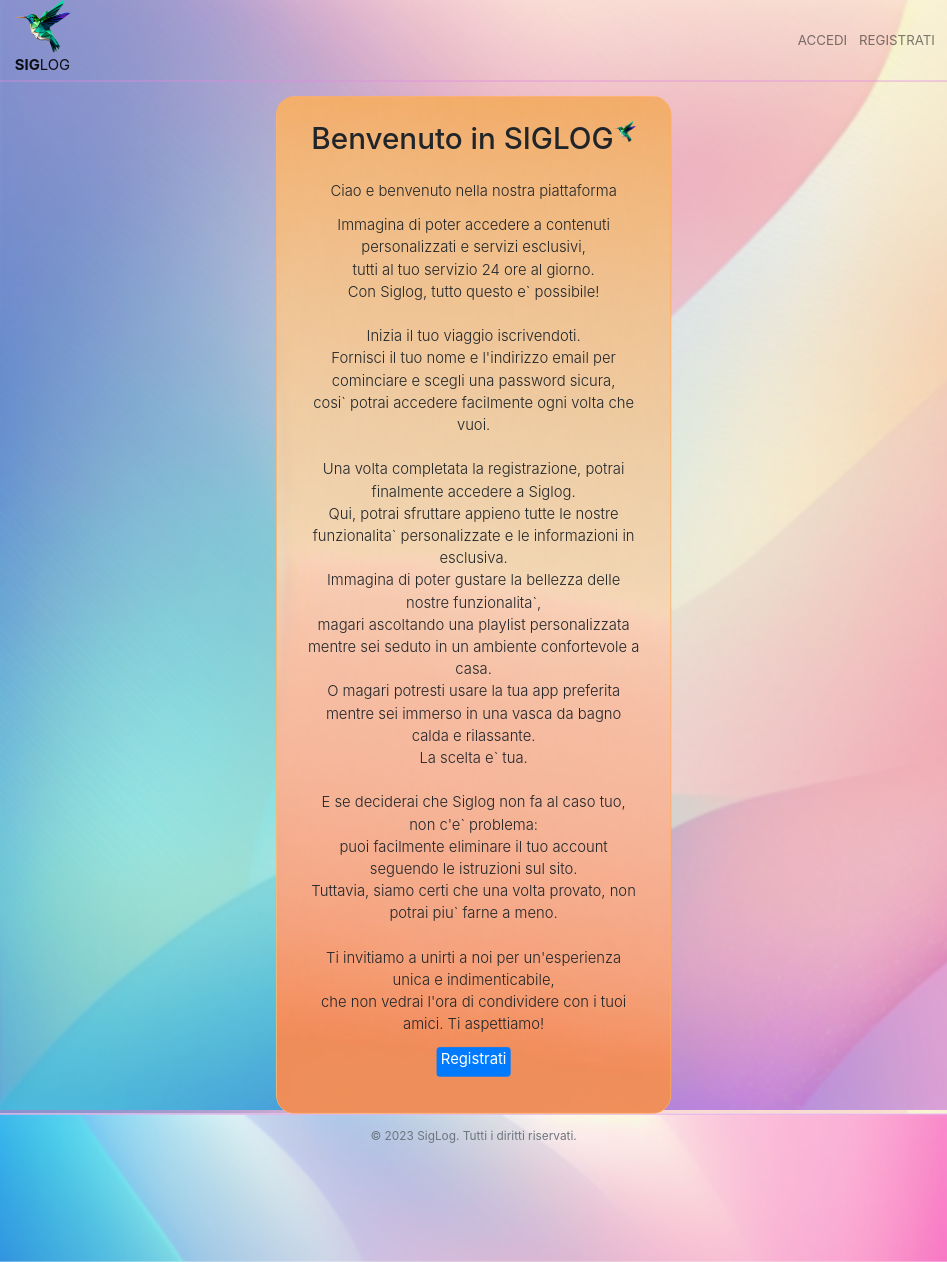
Repository: Nocco-Matteo/web_servlet_tpsi
Page: http://localhost/Servlet/
These files come from the project's save history. The page is drawn as it stood at one moment and after the next save; the edit follows.
The browser window is 1280 px wide. The pictures show the whole page, at 74% of full size.
Some web libraries are served in a nearby version. The page is served by Tomcat 9. Other server files are loaded and not shown.

Above is the page before, as saved 2023-03-04 00:43:40.

### eclipse/Servlet/src/main/webapp/index.jsp
<%@page import="java.net.http.HttpRequest"%>
<%@ page language="java" contentType="text/html; charset=US-ASCII" pageEncoding="US-ASCII"%>
<%@ page import="java.net.*" %>
<%@ page import="java.util.*" %>
<%@ page import="java.util.Base64.*" %>
<!DOCTYPE html>
<html>
<head>
	<title>Titolo Pagina</title>
	<meta charset="UTF-8">
	<meta name="viewport" content="width=device-width, initial-scale=1.0">
	<link rel="stylesheet" href="https://cdn.jsdelivr.net/npm/bootstrap@4.0.0/dist/css/bootstrap.min.css" integrity="sha384-Gn5384xqQ1aoWXA+058RXPxPg6fy4IWvTNh0E263XmFcJlSAwiGgFAW/dAiS6JXm" crossorigin="anonymous">
	<link rel="stylesheet" type="text/css" href="${pageContext.request.contextPath}/style">
</head>
<body>
<%!
	public static String stringToBase64(String str) //da stringa a base64
	{
	    byte[] bytes = str.getBytes();
	    byte[] encoded = Base64.getEncoder().encode(bytes);
	    return new String(encoded);
	}
	public static String base64ToString(String base64) //da base64 a stringa
	{
	    byte[] decoded = Base64.getDecoder().decode(base64);
	    return new String(decoded);
	}

	public static Boolean is_logged_in(String nome)
	{
		if(nome == null) return false;
		else return true;
	}
	public static String pulisci_attributo()
	{
		return null;
	}
%>

<%
	Boolean accesso = false; //controllo se l'utente ha fatto l'accesso
	String nome_sess = "", //dati utente
			cognome_sess ="",
			email_sess = "",
			password_sess="";
	String pagina = ""; //pagine dinamiche
	String tipo_errore="";//tipo di errore (piu` specifico di classe_errore)
	String classe_errore=""; //classe dell'errore (piu` generale di tipo_errore)

	if(session.getAttribute("nome")!= null) //controllo se l'utente ha fatto l'accesso
	{
		nome_sess = session.getAttribute("nome").toString(); //prendi attributo nome della sessione
		nome_sess = nome_sess.substring(0, 1).toUpperCase() + nome_sess.substring(1); //primo carattere maiuscolo

		cognome_sess = session.getAttribute("cognome").toString(); //prendi attributo cognome della sessione
		cognome_sess = cognome_sess.substring(0, 1).toUpperCase() + cognome_sess.substring(1); //primo carattere maiuscolo

		email_sess = session.getAttribute("email").toString(); //prendi attributo email della sessione
		email_sess = email_sess.toLowerCase(); //tutto minuscolo

		password_sess = session.getAttribute("password").toString(); //prendi attributo password della sessione

		accesso = is_logged_in(nome_sess); //controlla se ha fatto l'accesso
	}



	if(request.getParameter("page")!= null) //cambia pagina in base al parametro get
		pagina = request.getParameter("page"); //impostazione della pagina richiesta


	if(request.getParameter("error")!= null) //se viene rilevato un errore in una richiesta
	{
		String [] errore = base64ToString(request.getParameter("error")).split(","); //divisione del parametro errore
		//errore[0]=classe_errore; errore[1]=tipo_specifico_errore; errore[2]=pagina_di_arrivo
		classe_errore = errore[0];
		//out.print(classe_errore);
		switch(classe_errore)
		{
			case "sql": //errore sql
				pagina = stringToBase64(errore[2]); //ritorno alla pagina di errore
				tipo_errore = errore[1]; //tipo dell'errore dettagliato
				//out.print("errore: "+tipo_errore);
			break;
			case "regex": //errore regex
				pagina = stringToBase64(errore[2]); //ritorno alla pagina di errore
				tipo_errore = errore[1]; //tipo dell'errore dettagliato
				//out.print("errore: "+tipo_errore);
			break;
			case "empty": //accesso fallito
				pagina = stringToBase64(errore[2]); //ritorno alla pagina di errore
				tipo_errore = errore[1]; //tipo dell'errore dettagliato
				//out.print("errore: "+tipo_errore);
			break;
			default:
		}
	}
	//out.print(accesso+"\n");



	//out.print(tipo_errore+"\n");
	//out.print(pagina+"\n");
	pagina = base64ToString(pagina); //conversione parametro get con la pagina
	//out.print(pagina);
%>
<!-- Testa Navbar -->
<div style="background-image:url('${pageContext.request.contextPath}/background');">
	<nav class="navbar navbar-expand-lg navbar-light ">

		<a class="navbar-brand mt-2 logo" href="${pageContext.request.contextPath}">
			<img class="" width="75px" height="75px" src="${pageContext.request.contextPath}/logo" alt="Logo">
			<p><b>SIG</b>LOG</p>
		</a>

		<button class="navbar-toggler" type="button" data-toggle="collapse" data-target="#navbarNav" aria-controls="navbarNav" aria-expanded="false" aria-label="Toggle navigation">
			<span class="navbar-toggler-icon"></span>
		</button>

		<div class="collapse navbar-collapse justify-content-end" id="navbarNav">
			<%if(accesso){ %>
			<ul class="navbar-nav">
				<li class="nav-item">
					<%=email_sess%>
				</li>
			</ul>
			<ul class="navbar-nav">
				<li class="nav-item">
					<a class="nav-link" href="http://localhost:8080/Servlet_prova/index.jsp?page=<%=stringToBase64("profilo")%>">PROFILO</a>
				</li>
			</ul>
			<%} else{ %>
			<ul class="navbar-nav r-0">
				<li class="nav-item">
					<a class="nav-link" href="http://localhost:8080/Servlet_prova/index.jsp?page=<%=stringToBase64("accedi")%>">ACCEDI </a>
				</li>
				<li class="nav-item">
					<a class="nav-link" href="http://localhost:8080/Servlet_prova/index.jsp?page=<%=stringToBase64("registra")%>">REGISTRATI</a>
				</li>
			</ul>
			<%} %>
		</div>
	</nav>
	<!-- Corpo Pagina -->
	<div class="container-fluid corpo" >
		<div class="row">
			<div class="col"></div>
			<div class="centrale col-md-5 pt-2" style="background-image:url('${pageContext.request.contextPath}/centrale">
				<%if(pagina.equals("registra") && (!accesso || (tipo_errore !=""))){%>
					<!-- BLOCCO REGISTRAZIONE -->
					<form method="POST" action="http://localhost:8080/Servlet_prova/registra" >
						<p><b>REGISTRAZIONE</b></p>
						<hr>
						<%switch(classe_errore){
							case "sql":%>
						<div class="alert alert-danger alert-dismissible fade show d-flex justify-content-center" role="alert">
						    EMAIL' GIA REGISTRATA!
	      				</div>
						<%break;
							case "regex":%>
								<div class="alert alert-danger alert-dismissible fade show d-flex justify-content-center" role="alert">
							    ERRORE NELL'INSERIMENTO DEL PARAMETRO: <%=tipo_errore.toUpperCase()%>
		      				</div>
						<%break;} %>
						<div class="form-group">
							<label for="nome">Nome:</label>
							<input type="text" class="form-control" id="nome" name="nome" required>
						</div>
						<div class="form-group">
							<label for="cognome">Cognome:</label>
							<input type="text" class="form-control" id="cognome" name="cognome" required>
						</div>
						<div class="form-group">
							<label for="email">Email:</label>
							<input type="email" class="form-control" id="email" name="email" required>
						</div>
						<div class="form-group">
							<label for="password">Password:</label>
							<input type="password" class="form-control" id="password" name="password" placeholder="almeno 4 caratteri, una lettera maiuscola ed una minuscola" required>
						</div>
						<div class="bottoni">
							<button type="submit" class="btn btn-primary button_a">Registrati</button>
						</div>
						<hr>
					</form>
					<div class="bottoni">
						<div class="d-flex flex-column align-items-center">
							<p>Hai gia' un account?</p>
							<button type="button" class="btn btn-primary button_a" ><a href="http://localhost:8080/Servlet_prova/index.jsp?page=<%=stringToBase64("accedi")%>">Accedi</a></button>
						</div>
					</div>

				<%} else if(pagina.equals("accedi") && !accesso){ %>
					<!-- BLOCCO ACCEDI -->
					<form method="POST" action="http://localhost:8080/Servlet_prova/accedi">
						<p><b>Accesso</b></p>
						<hr>
						<%switch(classe_errore){
							case "empty":%>
						<div class="alert alert-danger alert-dismissible fade show d-flex justify-content-center" role="alert">
						    ACCOUNT NON TROVATO
	      				</div>
						<%break;} %>
						<div class="form-group">
							<label for="email">Email:</label>
							<input type="email" class="form-control" id="email" name="email" required>
						</div>
						<div class="form-group">
							<label for="password">Password:</label>
							<input type="password" class="form-control" id="password" name="password" required>
						</div>
						<div class="bottoni">
							<button type="submit" class="btn btn-primary">Accedi</button>
						</div>
						<hr>
						</form>
						<div class="bottoni">
							<div class="d-flex flex-column align-items-center">
								<p>Non hai ancora un account?</p>
								<button type="button" class="btn btn-primary button_a" ><a href="http://localhost:8080/Servlet_prova/index.jsp?page=<%=stringToBase64("registra")%>">Registrati</a></button>
							</div>
						</div>
					</form>
				<% }else if(pagina.equals("profilo") && accesso){%>
			        <form method="POST" action="http://localhost:8080/Servlet_prova/modifica">
			        	<p><b>Modifica Profilo Utente</b></p>
			        	<hr>
			            <div class="form-group">
			                <label for="nome">Nome:</label>
			                <input type="text" class="form-control" id="nome" name="nome" value="<%=nome_sess%>" required>
			            </div>
			            <div class="form-group">
			                <label for="cognome">Cognome:</label>
			                <input type="text" class="form-control" id="cognome" name="cognome" value="<%=cognome_sess%>" required>
			            </div>
			            <div class="form-group">
			                <label for="password">Password:</label>
			                <input type="password" class="form-control" id="password" name="password" value="<%=password_sess%>" required>
			            </div>
			            <div class="form-group" hidden>
							<label for="email">Email:</label>
							<input type="email" class="form-control" id="email" name="email" value="<%=email_sess%>" required>
						</div>
			            <div class="bottoni">
							<button type="submit" class="btn btn-primary">Salva modifiche</button>
						</div>
			        </form>
			        <div class="bottoni btn-group dropup">
						<div class="spazio"></div>
						<div class="dropdown-menu dropdown-menu-right" aria-labelledby="conferma_elimina">
							<p class="conferma">SEI SICURO?</p>
							<a class="dropdown-item" href="${pageContext.request.contextPath}/elimina">Elimina account</a>
						</div>
						<button type="button" class="btn btn-danger button_a" data-toggle="dropdown" aria-controls="conferma_elimina" aria-expanded="false" aria-label="Toggle navigation">
							<a href="#">Elimina</a>
						</button>
					</div>
				<% }else if(pagina.equals("entrato") || accesso){%>
					<!-- BLOCCO DI BENTORNATO/BENVENUTO -->
				    <div class="col mx-auto text-center">
				      <h1>Ciao <%=nome_sess%>!</h1>
				      <p class="lead">Grazie per aver effettuato l'accesso a SIGLOG.</p>
				      <p class="lead">
				      	Siamo entusiasti di averti tra i nostri utenti <br>
				      	e siamo qui per aiutarti a sfruttare al massimo Siglog.<br>
				      	Ti auguriamo una buona permanenza e speriamo di rendere la tua esperienza con noi unica ed emozionante.<br>
				      	<br>
						Con il tuo nuovo account, potrai accedere a contenuti personalizzati e servizi esclusivi.<br>
						Ti invitiamo ad esplorare Siglog<br>
						e a trovare tutte le funzionalita` che si adattano meglio alle tue esigenze.<br>
						Inizia subito ad usare il tuo account per accedere ai nostri servizi personalizzati.<br>
						<br>
						Se hai bisogno di aiuto o hai domande sul nostro sito o sui servizi che offriamo,<br>
						non esitare a contattarci.<br>
						Il nostro team di supporto e` a tua disposizione per rispondere a tutte le tue domande<br>
						e aiutarti in ogni modo possibile.<br>
						<br>
						Grazie ancora per aver scelto di unirti a noi.<br>
						Siamo impazienti di vedere cosa puoi fare con il tuo account<br>
						e di averti tra i nostri utenti piu' attivi ed entusiasti.<br>
						Buon divertimento!</p>
				      <button type="button" class="btn btn-primary button_a" ><a href="http://localhost:8080/Servlet_prova/index.jsp?page=<%=stringToBase64("esci")%>">Esci</a></button>
				    </div>

				<%} else{%>
					<div class="col mb-4 mx-auto text-center">
						<div class="mt-4 d-flex flex-row justify-content-center">
							<h1>Benvenuto in SIGLOG</h1>
					      	<img width="30px" height="30px" src="${pageContext.request.contextPath}/logo" alt="Logo">
					    </div>
					    <br>
				      <p class="lead">Ciao e benvenuto nella nostra piattaforma</p>
				      <p class="lead">
				      	Immagina di poter accedere a contenuti personalizzati e servizi esclusivi,<br>
				      	tutti al tuo servizio 24 ore al giorno. <br>
				      	Con Siglog, tutto questo e` possibile!<br>
				      	<br>
				      	Inizia il tuo viaggio iscrivendoti.<br>
				      	Fornisci il tuo nome e l'indirizzo email per cominciare e scegli una password sicura,<br>
				      	cosi` potrai accedere facilmente ogni volta che vuoi.<br>
				      	<br>
						Una volta completata la registrazione, potrai finalmente accedere a Siglog.<br>
						Qui, potrai sfruttare appieno tutte le nostre funzionalita` personalizzate e le informazioni in esclusiva.<br>
						Immagina di poter gustare la bellezza delle nostre funzionalita`,<br>
						magari ascoltando una playlist personalizzata mentre sei seduto in un ambiente confortevole a casa.<br>
						O magari potresti usare la tua app preferita mentre sei immerso in una vasca da bagno calda e rilassante.<br>
						La scelta e` tua.<br>
						<br>
						E se deciderai che Siglog non fa al caso tuo, non c'e` problema: <br>
						puoi facilmente eliminare il tuo account seguendo le istruzioni sul sito. <br>
						Tuttavia, siamo certi che una volta provato, non potrai piu` farne a meno. <br>
						<br>
						Ti invitiamo a unirti a noi per un'esperienza unica e indimenticabile, <br>
						che non vedrai l'ora di condividere con i tuoi amici. Ti aspettiamo!</p>
				      <button type="button" class="btn btn-primary button_a" ><a href="http://localhost:8080/Servlet_prova/index.jsp?page=<%=stringToBase64("registra")%>">Registrati</a></button>
				    </div>
				<%} %>
			</div>
			<div class="col"></div>
		</div>
	</div>
	<!-- Footbar -->
</div>
<footer class="footer bg-light mt-auto py-3" style="background-image:url('${pageContext.request.contextPath}/nav');">
	<div class="container text-center">
		<span class="text-muted">&copy; 2023 SigLog. Tutti i diritti riservati.</span>
	</div>
</footer>

<!-- js Bootstrap -->
<script src="https://code.jquery.com/jquery-3.2.1.slim.min.js" integrity="sha384-KJ3o2DKtIkvYIK3UENzmM7KCkRr/rE9/Qpg6aAZGJwFDMVNA/GpGFF93hXpG5KkN" crossorigin="anonymous"></script>
<script src="https://cdn.jsdelivr.net/npm/popper.js@1.12.9/dist/umd/popper.min.js" integrity="sha384-ApNbgh9B+Y1QKtv3Rn7W3mgPxhU9K/ScQsAP7hUibX39j7fakFPskvXusvfa0b4Q" crossorigin="anonymous"></script>
<script src="https://cdn.jsdelivr.net/npm/bootstrap@4.0.0/dist/js/bootstrap.min.js" integrity="sha384-JZR6Spejh4U02d8jOt6vLEHfe/JQGiRRSQQxSfFWpi1MquVdAyjUar5+76PVCmYl" crossorigin="anonymous"></script>
</body>
</html>

### eclipse/Servlet/src/main/webapp/css/style.css
html,body
{
	height:100%;
	width:100%;
	margin:0;
	padding:0;
}
.img_bg
{
	background-repeat: no-repeat;
	background-position: center;
	background-size: cover;
}
#navbarNav
{
	color: #000;
	right:0;
}

#navbarNav > ul
{
	width:190px;
	font-size: 18px;
	color: black;
	margin-right:20px;
}
#navbarNav > ul > li
{
	margin-left:auto;
}
.footer, .navbar, .centrale
{
	background-repeat: no-repeat;
	background-size: cover;
}
.corpo
{
	min-height: 500px;
	background-repeat: no-repeat;
	background-position: center;
	background-size: cover;
}
.conferma
{
	color: red;
	width:100%;
	text-align:center;
	margin-bottom:7px;
}
.btn a
{
	width: 100%;
    height: 100%;

    padding: 0;
    margin: 0;

	list-style-type:none;
	color: white;
	display: block;
}
.button_a
{

	width: 100px;
	height: 40px;

    padding: 0;
    margin: 0;

    font-size: 20px;
    text-align:center
}
.centrale
{
	margin-top: 20px;
	background-color: white;
	padding: 25px;
	border-radius: 25px;
	border:1px solid #ffa348;
}

form > p:first-of-type
{
	font-size:25px;
	text-align: center;
}

.bottoni
{
	display: flex;
	width: 100%;
	flex-direction: row;
	justify-content: center;
	align-items: center;
}
.spazio
{
	flex-grow: 1;
}
.logo
{
	height:auto;
	width:auto;
	margin:0;
	padding:0;

	margin-left: 20px;
	display:block;
}
.footer
{
	height: 200px;
	border-top: 1px solid #dc8add;
}
.navbar
{
	height:110px;
	min-height:100px;
	background: rgba(0,0,0,0);
	color: #000;
	margin:0;
	padding:0;
	border-bottom: 1px solid #dc8add;
}

Loaded but not shown: eclipse/Servlet/src/main/java/it/molinari/controller/Controller.java (277 lines, source omitted)

After the next save:
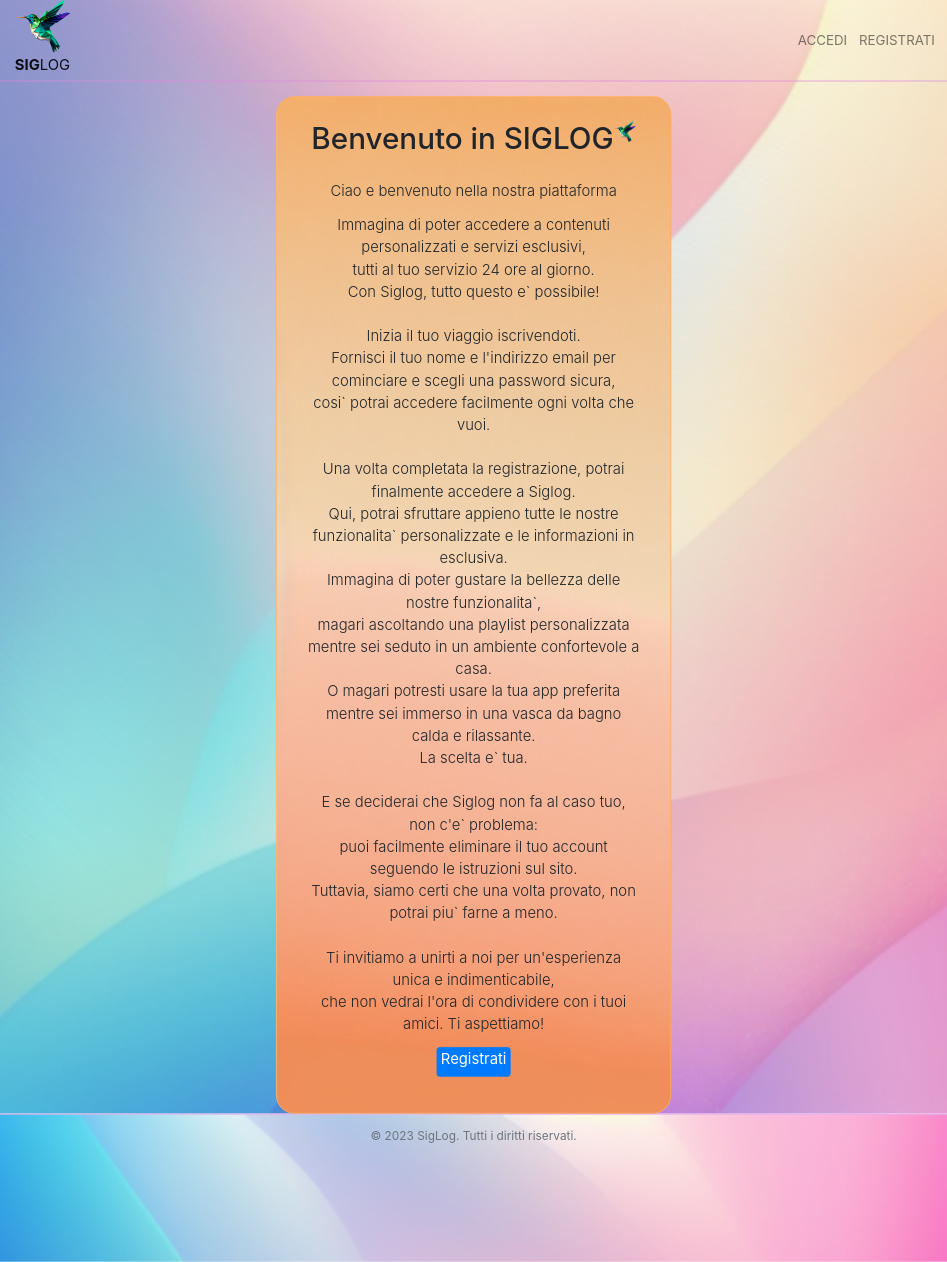
Saved 2 s later.
--- a/eclipse/Servlet/src/main/webapp/index.jsp
+++ b/eclipse/Servlet/src/main/webapp/index.jsp
@@ -105,7 +105,7 @@
 	//out.print(pagina);
 %>
 <!-- Testa Navbar -->
-<div style="background-image:url('${pageContext.request.contextPath}/background');">
+<div class="img_bg" style="background-image:url('${pageContext.request.contextPath}/background');">
 	<nav class="navbar navbar-expand-lg navbar-light ">
 
 		<a class="navbar-brand mt-2 logo" href="${pageContext.request.contextPath}">
